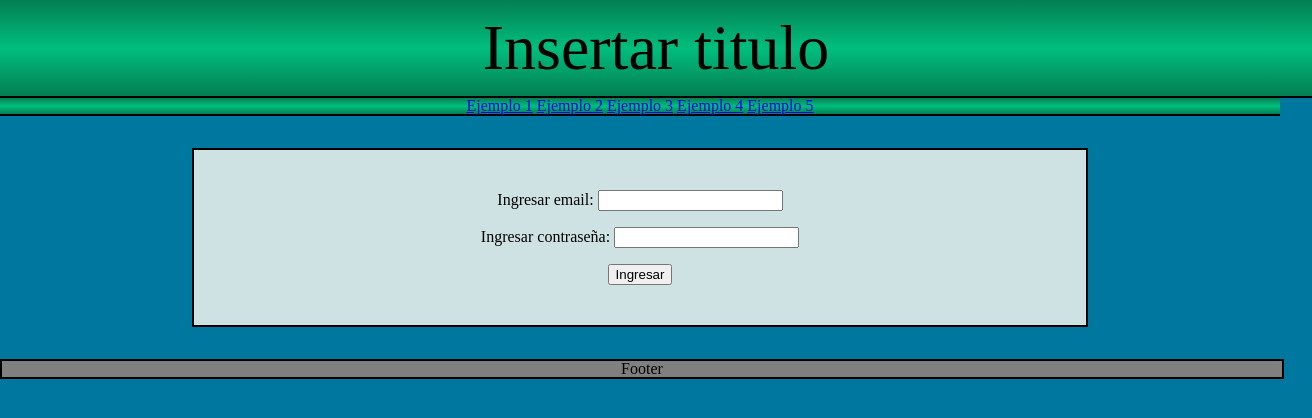
Repository: FacundoKinderknecht/Parcial-2-LPPA
Page: login/login.html
These files come from the project's save history. The page is drawn as it stood at one moment and after a run of saves; the edit follows.
The browser window is 1280 px wide. The page is 1312 px wide, so the pictures cover 1312 px, including what lies to the right of the window. The pictures show the whole page.

Above is the page before, as saved 2022-07-06 10:22:48.

### login/login.html
<!DOCTYPE html>
<html lang="en">
<head>
    <meta charset="UTF-8">
    <meta http-equiv="X-UA-Compatible" content="IE=edge">
    <meta name="viewport" content="width=device-width, initial-scale=1.0">
    <title>Document</title>
    <link rel="stylesheet" href="/reset.css">
    <link rel="stylesheet" href="/login/login.css">
    <script src="/login/login.js"></script>
</head>
<body>
    <header>
        <h1>Insertar titulo</h1>
    </header>
    <nav>
        <li>
            <a href="#">Ejemplo 1</a>
            <a href="#">Ejemplo 2</a>
            <a href="#">Ejemplo 3</a>
            <a href="#">Ejemplo 4</a>
            <a href="#">Ejemplo 5</a>
        </li>
    </nav>
    <main>
        <form>
            <div class="email">
                <label for="email">Ingresar email:</label>
                <input type="text" name="email" id="email">
            </div>
            <div class="contraseña">
                <label for="contraseña">Ingresar contraseña:</label>
                <input type="password" name="contraseña" id="contraseña">
            </div>
            <div class="boton">
                <input type="submit" value="Ingresar">
            </div>
        </form>
    </main>
    <footer>
        <p>Footer</p>
    </footer>
</body>
</html>

### login/login.css
header{
    width: 100%;
    border-bottom: black 2px solid;
    padding: 1rem;
    font-size: 400%;
    background: linear-gradient(to top, rgb(4, 126, 83), rgb(0, 190, 126), rgb(4, 126, 83));
}
nav{
    background: linear-gradient(to top, rgb(4, 126, 83), rgb(0, 190, 126), rgb(4, 126, 83));
    display: block;
    border-bottom: black 2px solid;
    text-decoration: none;
}
li{
    text-decoration: none;
    list-style: none;
    color: black;
}
body{
    background-color: rgb(0, 119, 159);
    height: 100%;
    align-items: center;
    text-align: center;
    margin: 0;
}
main{
    display: inline-block;
    width: 70%;
    padding: 2rem;
}
form{
    background-color: rgb(207, 226, 227);  border: black solid 2px;
    padding: 2rem;
}
div{
    padding: 0.5rem;
}
footer{
    border: 2px solid black;
    background-color: grey;
    bottom: 0;
    width: 100%;
}

Loaded but not shown: reset.css (common file); login/login.js (no stored copy; drawn as an empty file)

After the next 2 saves:
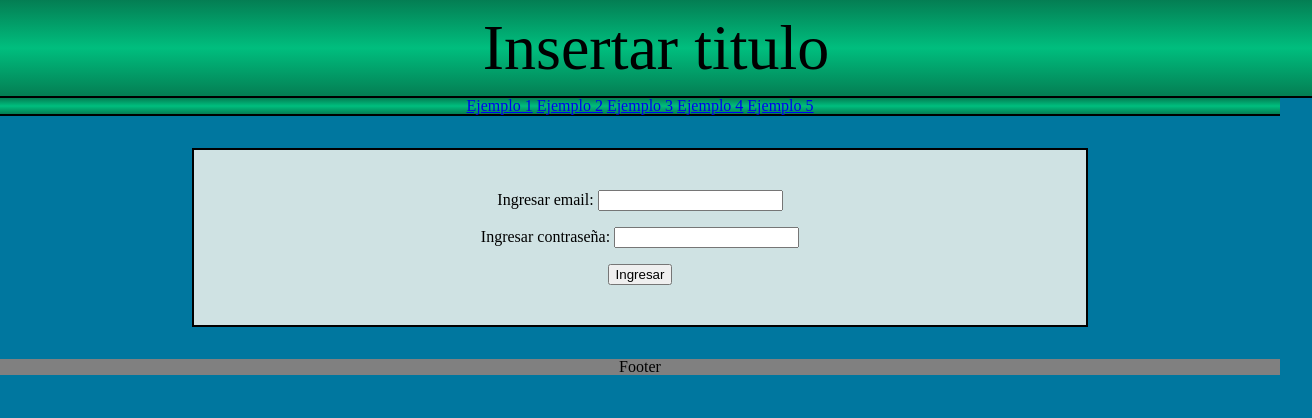
The 2 saves are shown as one change because they came seconds apart.
The last was saved 9 s later.
--- a/login/login.css
+++ b/login/login.css
@@ -36,7 +36,7 @@
     padding: 0.5rem;
 }
 footer{
-    border: 2px solid black;
+    border: 2px 0px solid black;
     background-color: grey;
     bottom: 0;
     width: 100%;

After the save that followed:
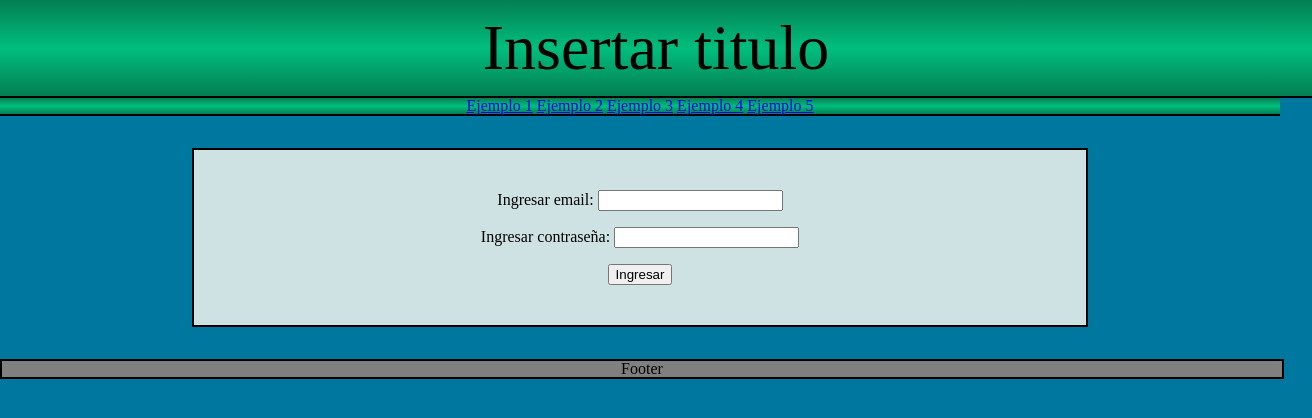
Saved 32 s later.
--- a/login/login.css
+++ b/login/login.css
@@ -36,7 +36,7 @@
     padding: 0.5rem;
 }
 footer{
-    border: 2px 0px solid black;
+    border: 2px solid black;
     background-color: grey;
     bottom: 0;
     width: 100%;
